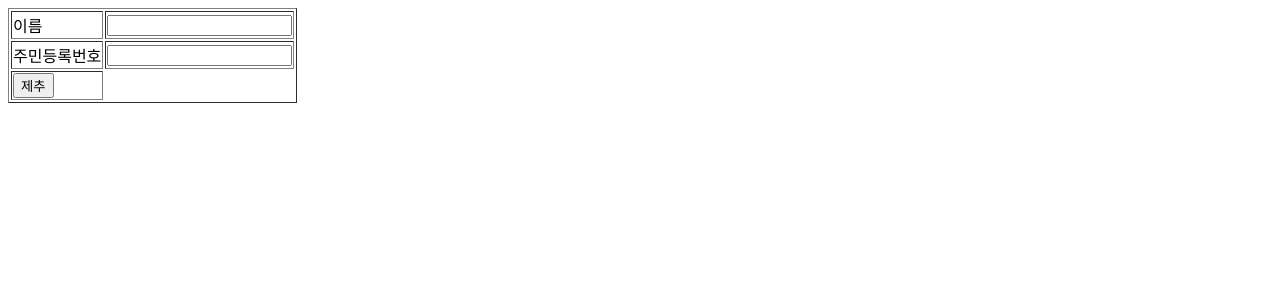
Repository: Jhoon0211/java_work
Page: http://localhost/jspProj/res_number/res_number.jsp
These files come from the project's save history. The page is drawn as it stood at one moment and after the next save; the edit follows.
The browser window is 1280 px wide. The pictures show the whole page.
The page is served by Tomcat 9. Other server files are loaded and not shown.

Above is the page before, as saved 2023-08-02 02:08:55.

### jspProj/src/main/webapp/res_number/res_number.jsp
<%@ page language="java" contentType="text/html; charset=UTF-8"
    pageEncoding="UTF-8"%>
<!DOCTYPE html>
<html>
<head>
<meta charset="UTF-8">
<title>Insert title here</title>
</head>
<body>
	<form>
		<table border="">
			<tr>
				<td>이름</td>
				<td><input type="text" /></td>
			</tr>
			<tr>
				<td>주민등록번호</td>
				<td><input type="text" /></td>
			</tr>
			<tr>
				<td>
					<button type="submit" value="제출">제추</button>
				</td>
			</tr>
		</table>
	</form>
</body>
</html>

After the next save:
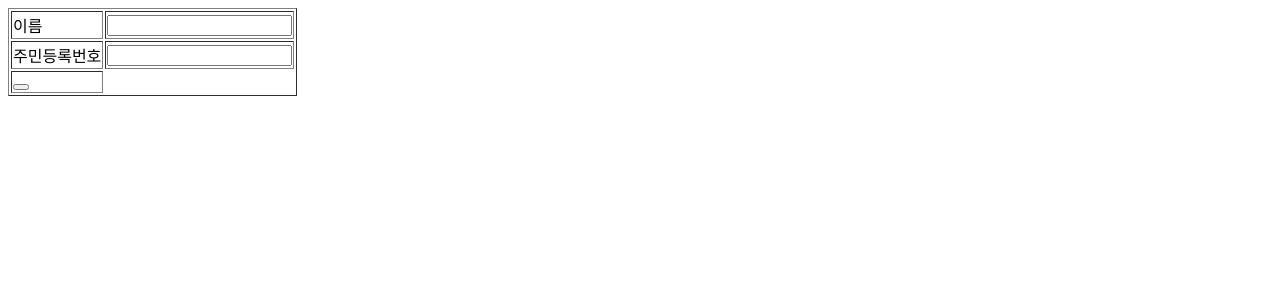
Saved 4 s later.
--- a/jspProj/src/main/webapp/res_number/res_number.jsp
+++ b/jspProj/src/main/webapp/res_number/res_number.jsp
@@ -19,7 +19,7 @@
 			</tr>
 			<tr>
 				<td>
-					<button type="submit" value="제출">제추</button>
+					<button type="submit" value="제출"></button>
 				</td>
 			</tr>
 		</table>
